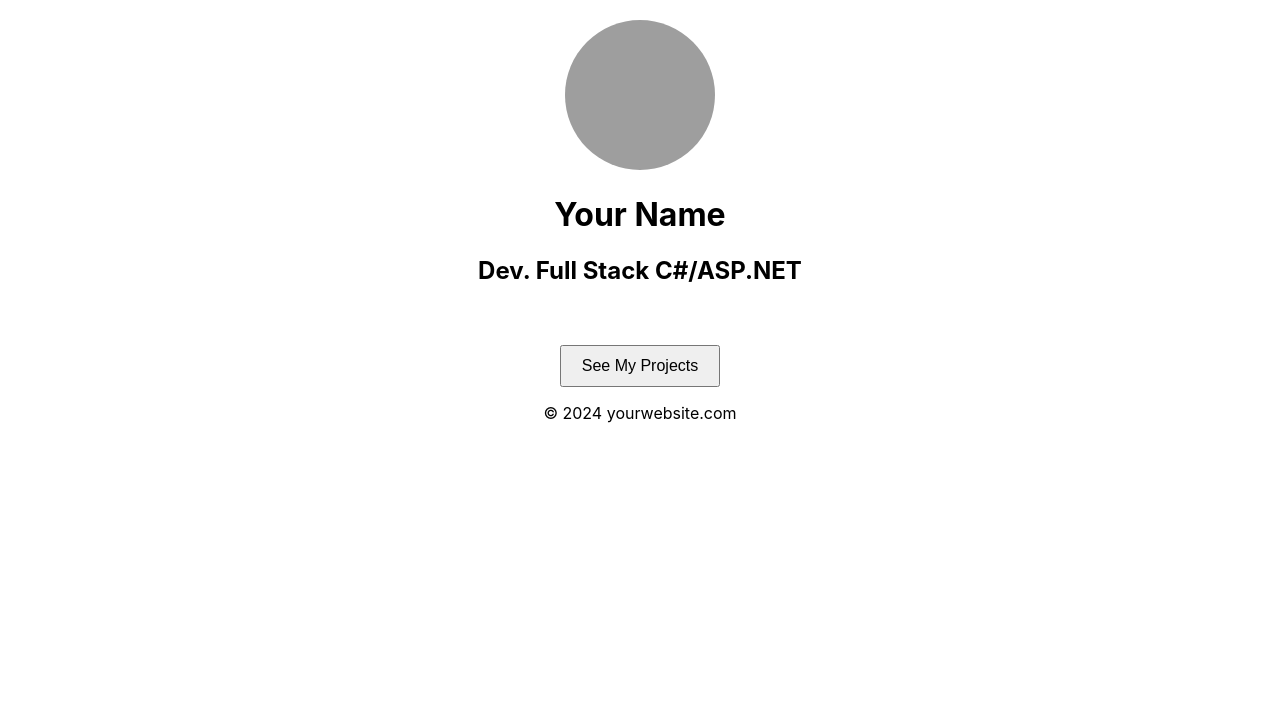
Repository: arunlorenz/portfolio
Page: /
The author's editor kept a copy of each file at every save. The page is drawn from the files as they stood at one save, then again after the next save.
The browser window is 1280 px wide. The pictures show the whole page.
Pictures or frames that could not be fetched are drawn as grey boxes. The project was rebuilt for these pictures with package versions that can differ from the ones it lists, and the page was loaded fresh each time. Also part of the build but not shown: vite.config.ts, src/components/ProjectsPage.css, src/components/ProjectsPage.js.

Above is the page before, as saved 2024-08-06 20:20:17.

After the next save:
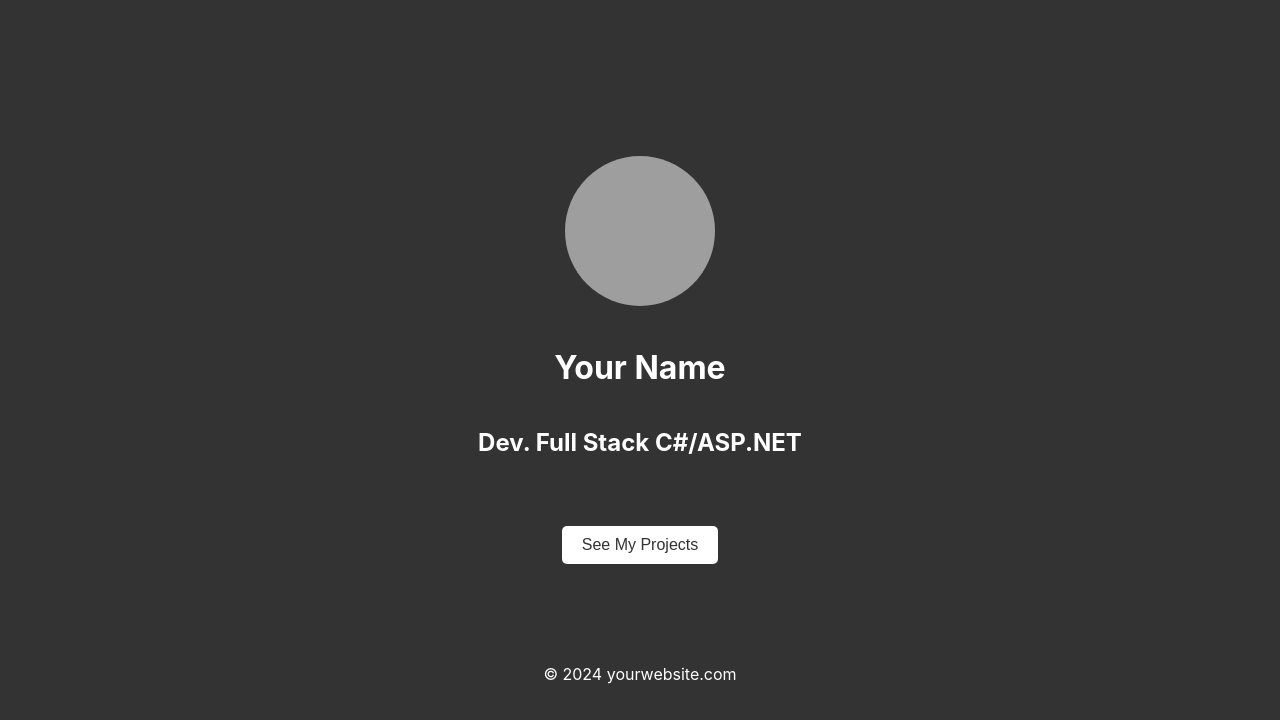
Saved 9 s later.
--- a/src/components/HomePage.css
+++ b/src/components/HomePage.css
@@ -1,17 +1,25 @@
 .home-page {
+    display: flex;
+    flex-direction: column;
+    align-items: center;
+    justify-content: center;
+    height: 100vh;
+    background-color: #333;
+    color: white;
     text-align: center;
-    padding: 20px;
   }
 
   .profile-pic {
     width: 150px;
     height: 150px;
     border-radius: 50%;
+    margin-bottom: 20px;
   }
 
   .social-links a {
     margin: 0 10px;
-    text-decoration: none;
+    color: white;
+    font-size: 24px;
   }
 
   .projects-button {
@@ -19,4 +27,15 @@
     padding: 10px 20px;
     font-size: 16px;
     cursor: pointer;
+    background-color: white;
+    color: #333;
+    border: none;
+    border-radius: 5px;
   }
+
+  footer {
+    position: absolute;
+    bottom: 20px;
+    text-align: center;
+    width: 100%;
+  }
